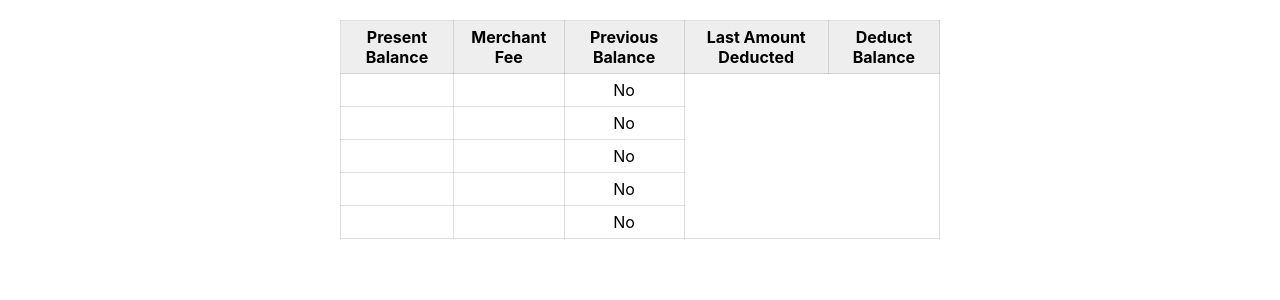
Repository: Anubhavgarg/pomelopay
Page: / (app in my-app/)
The author's editor kept a copy of each file at every save. The page is drawn from the files as they stood at one save, then again after the next save.
The browser window is 1280 px wide. The pictures show the whole page.
The project was rebuilt for these pictures with package versions that can differ from the ones it lists, and the page was loaded fresh each time.

Above is the page before, as saved 2020-02-22 00:18:54.

### my-app/src/App.js
import React from 'react';
import './App.css';

function App() {
  const [itemList, setItemList] = React.useState({
    list: []
  });
  React.useEffect(() => {
    fetch('http://localhost:3000/App.json')
      .then(results => results.json())
      .then(data => {
        console.log("data:", data);
        setItemList({ ...itemList, list: data.response });
      });
  }, []);
  return (
    <div className="App">
      <table>
        <thead>
          <tr>
            <th>Present Balance</th>
            <th>Merchant Fee</th>
            <th>Previous Balance</th>
            <th>Last Amount Deducted</th>
            <th>Deduct Balance</th>
          </tr>
        </thead>
        <tbody>
          {
            itemList.list.map(item => {
              return (
                <tr key={item._id}>
                  <td>{item.name}</td>
                  <td>{item.rank}</td>
                  <td>{item.available ? "Yes" : "No"}</td>
                </tr>
              )
            })
          }

        </tbody>
      </table>
    </div>
  );
}

export default App;

### my-app/src/App.css
.App {
  text-align: center;
}

table{
  width: 100%;
  max-width: 600px;
  margin: 20px auto;
  border-collapse: collapse;
}

table, th, td {
  border: 1px solid rgba(102,102,102,0.2);
}
th,td{
  padding: 6px 10px;
}
th{
  background-color: #eee;
}

### my-app/public/App.json
{
    "response": [{
        "presentBalance": 10000,
        "merchantFee": 50,
        "previousBalance": 5000,
        "lastAmountDeducted": 5000,
        "deductBalance": 0
    }, {
        "presentBalance": 100000,
        "merchantFee": 50,
        "previousBalance": 5000,
        "lastAmountDeducted": 5000,
        "deductBalance": 0
    }, {
        "presentBalance": 50000,
        "merchantFee": 50,
        "previousBalance": 5000,
        "lastAmountDeducted": 5000,
        "deductBalance": 0
    }, {
        "presentBalance": 300000,
        "merchantFee": 50,
        "previousBalance": 5000,
        "lastAmountDeducted": 5000,
        "deductBalance": 0
    }, {
        "presentBalance": 34000,
        "merchantFee": 50,
        "previousBalance": 5000,
        "lastAmountDeducted": 5000,
        "deductBalance": 0
    }]
}

Loaded but not shown: my-app/public/index.html (common file); my-app/src/index.js (common file); my-app/src/index.css (common file); my-app/src/serviceWorker.js (common file)

After the next save:
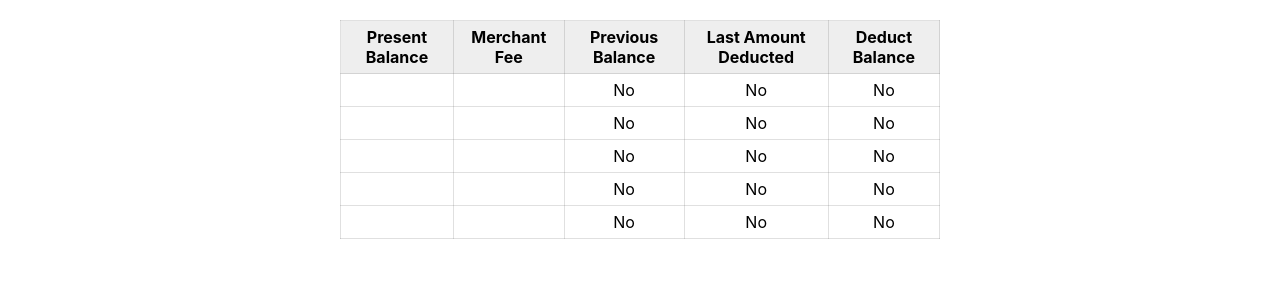
Saved 14 s later.
--- a/my-app/src/App.js
+++ b/my-app/src/App.js
@@ -33,6 +33,8 @@ function App() {
                   <td>{item.name}</td>
                   <td>{item.rank}</td>
                   <td>{item.available ? "Yes" : "No"}</td>
+                  <td>{item.available ? "Yes" : "No"}</td>
+                  <td>{item.available ? "Yes" : "No"}</td>
                 </tr>
               )
             })
